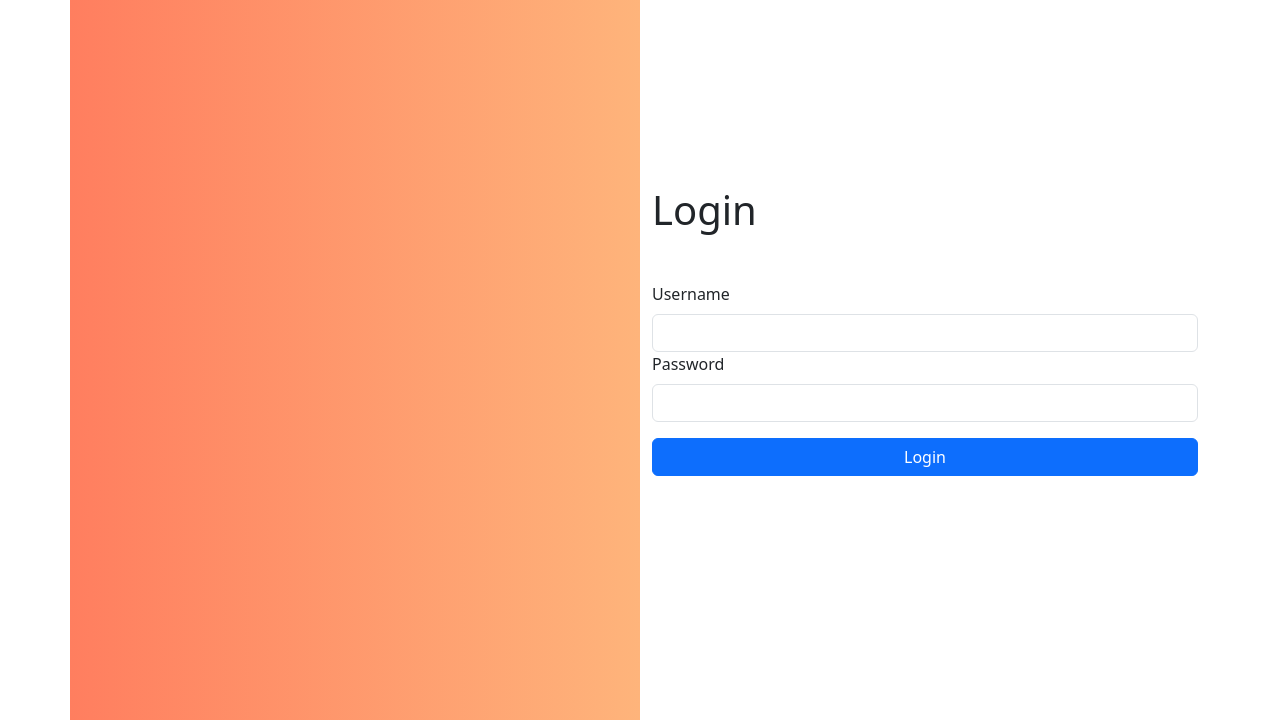
Repository: oboioz/SimpleTodoApp
Page: / (app in SimpleTodoAppFrontEnd/todo-app/)
The author's editor kept a copy of each file at every save. The page is drawn from the files as they stood at one save, then again after the next save.
The browser window is 1280 px wide. The pictures show the whole page.
The project was rebuilt for these pictures with package versions that can differ from the ones it lists, and the page was loaded fresh each time.

Above is the page before, as saved 2024-04-03 20:35:15.

After the next save:
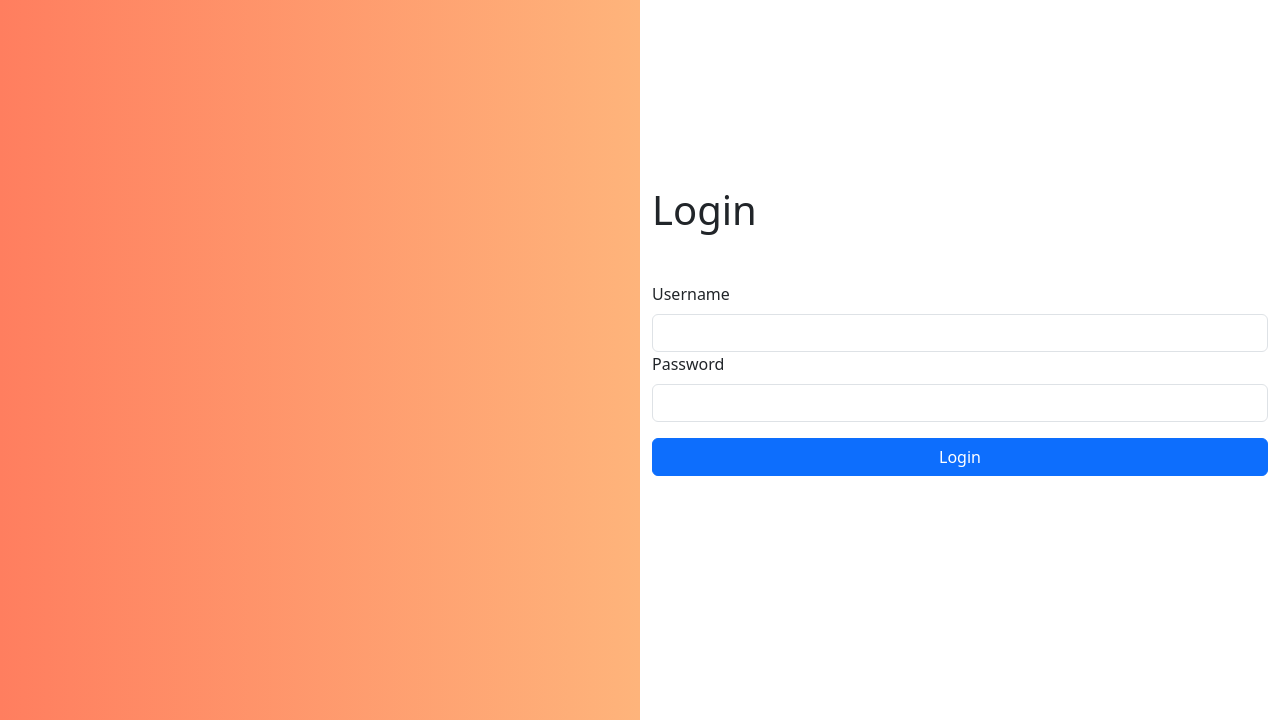
Saved 53 s later.
--- a/SimpleTodoAppFrontEnd/todo-app/src/components/todo/Login/LoginComponent.jsx
+++ b/SimpleTodoAppFrontEnd/todo-app/src/components/todo/Login/LoginComponent.jsx
@@ -4,7 +4,7 @@ import './LoginStyle.css';
 function LoginComponent() {
 
     return (
-        <div className="Login container">
+        <div className="Login container-fluid">
             <div className="row align-items-center">
                 <div className="col gradient-background">
 
